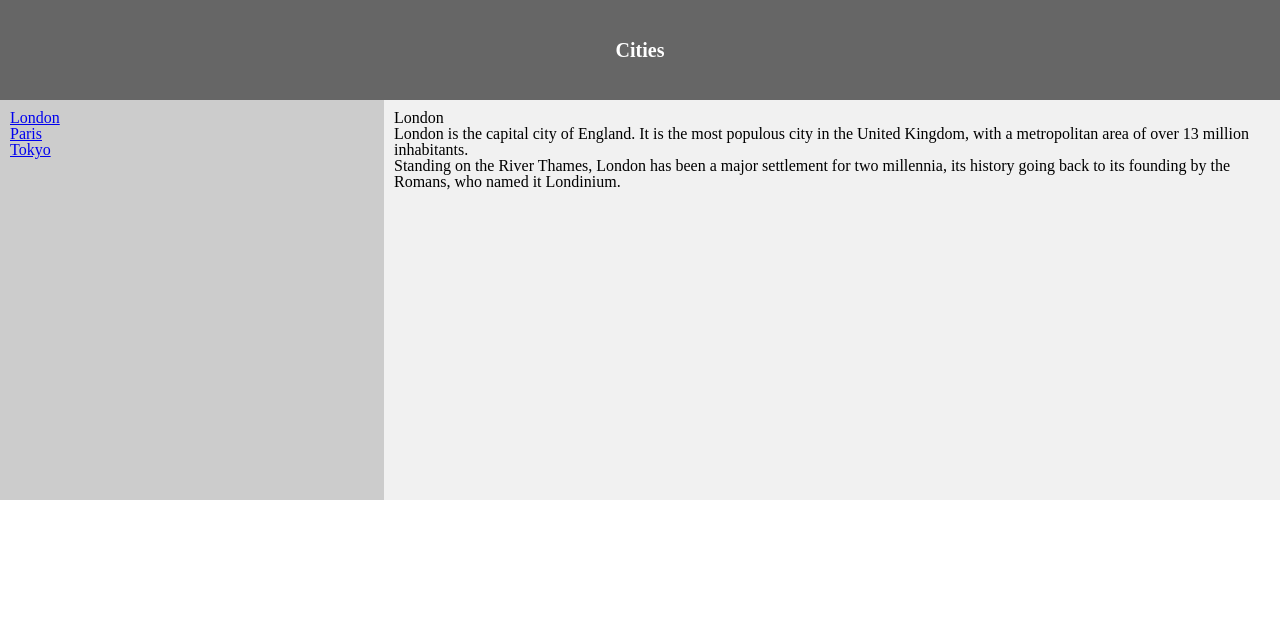
Repository: Tan-Khang21/TH_TKW--Buoi_06
Page: Bai_Tap_Tren_lop/Bai_01/LayoutCSS1.html
The author's editor kept a copy of each file at every save. The page is drawn from the files as they stood at one save, then again after the next save.
The browser window is 1280 px wide. The pictures show the whole page.

Above is the page before, as saved 2024-03-11 19:55:46.

After the next save:
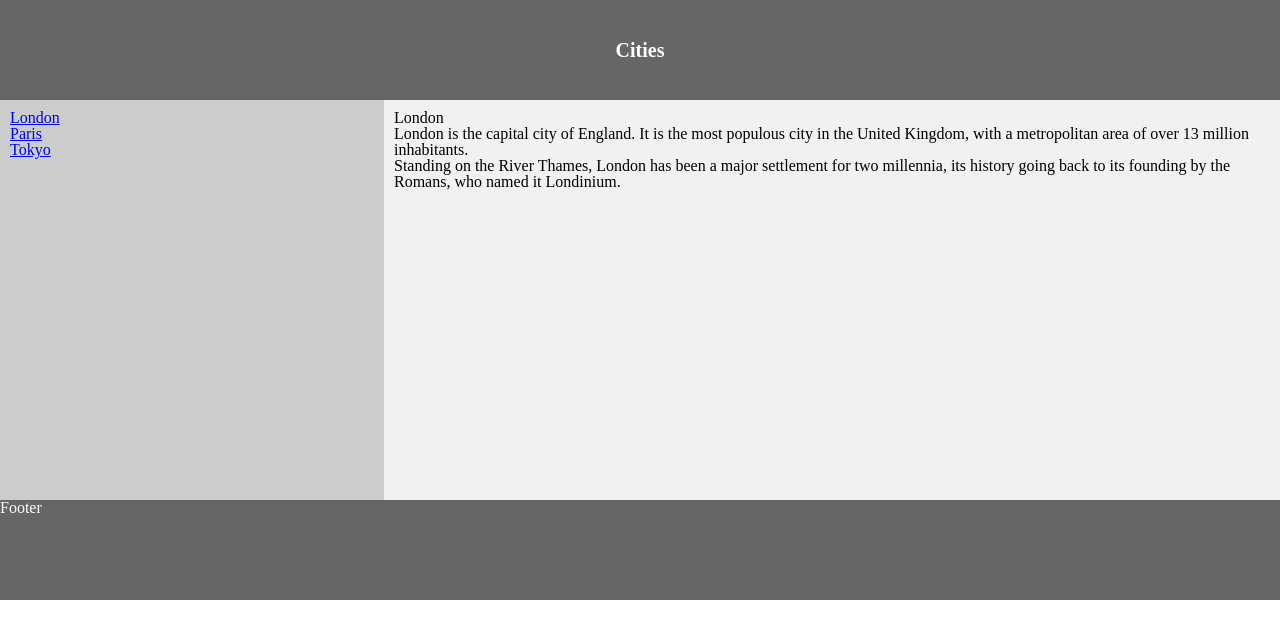
Saved 9 s later.
--- a/Bai_Tap_Tren_lop/Bai_01/style.css
+++ b/Bai_Tap_Tren_lop/Bai_01/style.css
@@ -31,6 +31,7 @@ body {
   padding: 10px;
 }
 footer {
+  clear: both;
   width: 100%;
   height: 100px;
   background-color: #666666;

After the save that followed:
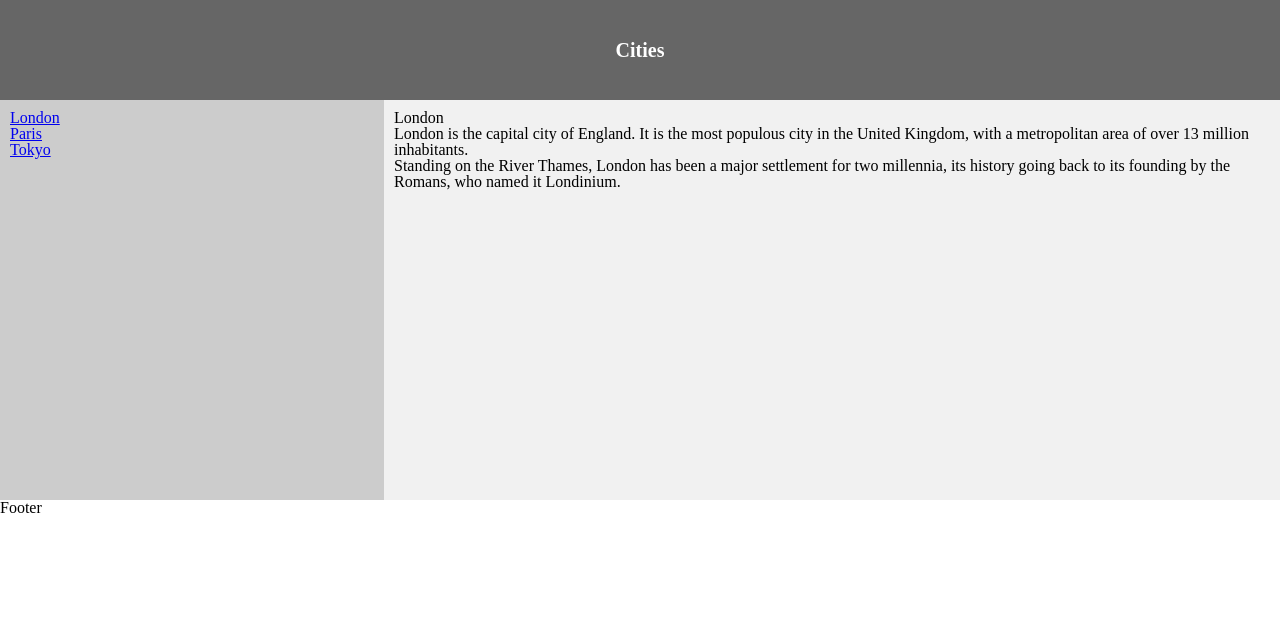
Saved 17 s later.
--- a/Bai_Tap_Tren_lop/Bai_01/LayoutCSS1.html
+++ b/Bai_Tap_Tren_lop/Bai_01/LayoutCSS1.html
@@ -29,6 +29,6 @@
         </p>
       </div>
     </div>
-    <footer>Footer</footer>
+    <div class="Footer">Footer</div>
   </body>
 </html>
